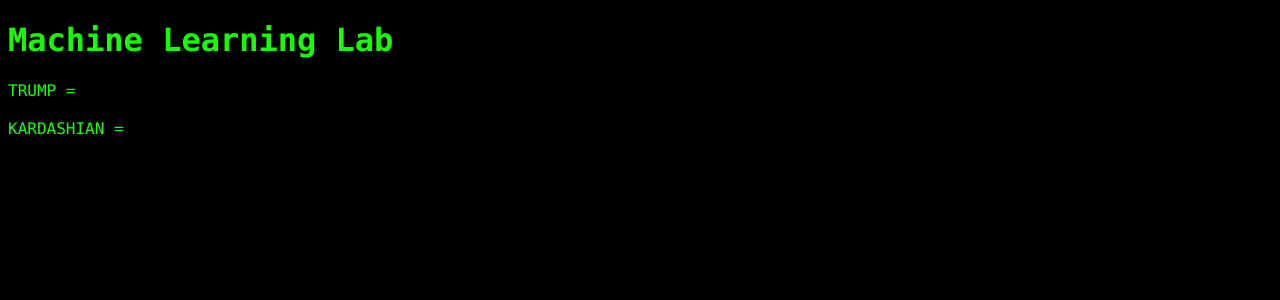
Repository: blackout41/machineLearning
Page: index.html
The author's editor kept a record of every edit. The page is drawn from the files as they stood at one moment, then again after the next edit.
The browser window is 1280 px wide. The pictures show the whole page.

Above is the page before.
Console error: TypeError: Cannot read properties of undefined (reading 'split')

After the next edit:
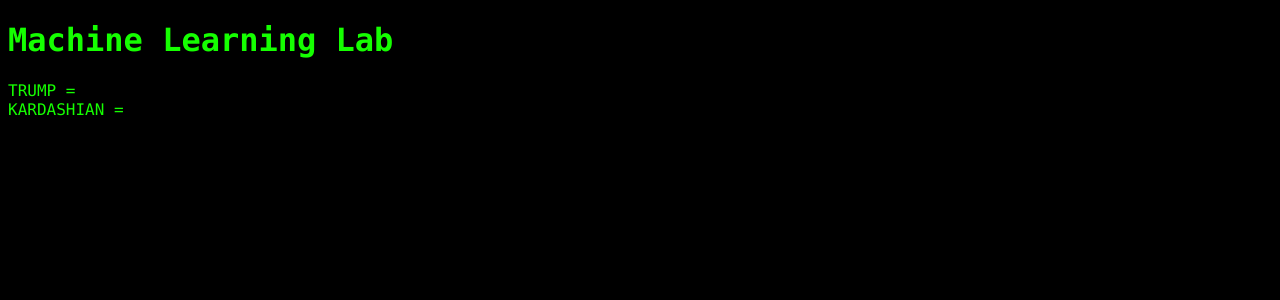
The edit:
--- a/index.html
+++ b/index.html
@@ -11,8 +11,10 @@
 
         <h1>Machine Learning Lab</h1>
 
-        <div>TRUMP =</div><div id="trump" style="display:inline-block";></div>
-        <div>KARDASHIAN =</div><div id="kardashian" style="display:inline-block"></div>
+        <div style="float-left";>TRUMP =</div>
+        <div id="trump" style="float-left"></div>
+        <div style="float-left">KARDASHIAN =</div>
+        <div id="kardashian" style="float-left"></div>
 
         <script type="text/javascript" src="brain.js"></script>
         <script type="text/javascript" src="training-data.js"></script>
